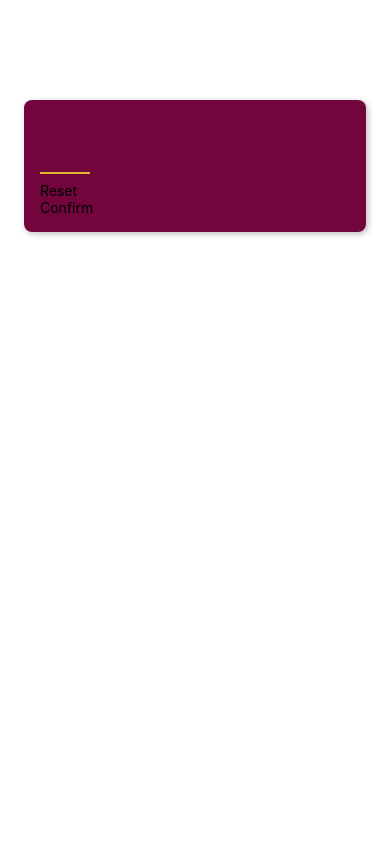
Repository: cobalt88/miniGameApp
Screen: /
The author's editor kept a copy of each file at every save. The screen is drawn from the files as they stood at one save, then again after the next save.
The app was drawn by React Native's web renderer in a window 390 px wide. The project was rebuilt for these pictures with package versions that can differ from the ones it lists, and the page was loaded fresh each time.

Above is the screen before, as saved 2023-02-02 16:35:09.

### App.js
import { StatusBar } from "expo-status-bar";
import { StyleSheet, Text, View } from "react-native";
import StartGameScreen from "./screens/StartGameScreen";

export default function App() {
  return <StartGameScreen />;
}

const styles = StyleSheet.create({});

### screens/StartGameScreen.js
import { View, TextInput, StyleSheet } from "react-native";
import PrimaryButton from "../components/PrimaryButton";

function StartGameScreen() {
  return (
    <View style={styles.inputContainer}>
      <TextInput
        style={styles.numberInput}
        maxLength={2}
        keyboardType="number-pad"
        autoCapitalize="none"
        autoCorrect={false}
      />
      <PrimaryButton>Reset</PrimaryButton>
      <PrimaryButton>Confirm</PrimaryButton>
    </View>
  );
}

export default StartGameScreen;

const styles = StyleSheet.create({
  inputContainer: {
    marginHorizontal: 24,
    borderRadius: 8,
    padding: 16,
    marginTop: 100,
    backgroundColor: "#72063c",
    elevation: 8,
    shadowColor: "black",
    shadowOffset: { width: 2, height: 2 },
    shadowOpacity: 0.25,
    shadowRadius: 6,
  },
  numberInput: {
    height: 50,
    fontSize: 32,
    borderBottomColor: "#ddb52f",
    borderBottomWidth: 2,
    color: "#ddb52f",
    textAlign: "center",
    marginVertical: 8,
    fontWeight: "bold",
    maxWidth: 50,
  },
});

### components/PrimaryButton.js
import { View, Text, Pressable, StyleSheet } from "react-native";

function PrimaryButton({ children }) {
  function pressHandler() {
    console.log("pressed the main button");
  }
  return (
    <Pressable onPress={pressHandler}>
      <View>
        <Text>{children}</Text>
      </View>
    </Pressable>
  );
}

export default PrimaryButton;

const styles = StyleSheet.create({
  button: {
    backgroundColor: "#4r0329",
    paddingVertical: 8,
    paddingHorizontal: 16,
    borderRadius: 28,
    elevation: 8,
    shadowColor: "black",
    shadowOffset: { width: 2, height: 2 },
    shadowOpacity: 0.25,
    shadowRadius: 6,
  },
});

After the next save:
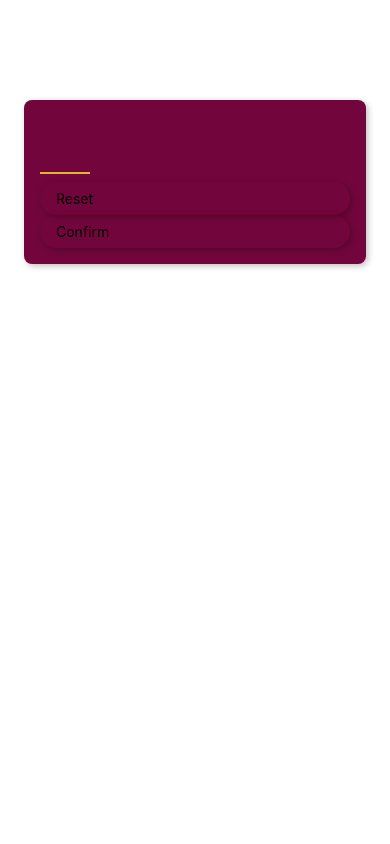
Saved 37 s later.
--- a/components/PrimaryButton.js
+++ b/components/PrimaryButton.js
@@ -6,7 +6,7 @@ function PrimaryButton({ children }) {
   }
   return (
     <Pressable onPress={pressHandler}>
-      <View>
+      <View style={styles.buttonContainer}>
         <Text>{children}</Text>
       </View>
     </Pressable>
@@ -16,7 +16,7 @@ function PrimaryButton({ children }) {
 export default PrimaryButton;
 
 const styles = StyleSheet.create({
-  button: {
+  buttonContainer: {
     backgroundColor: "#4r0329",
     paddingVertical: 8,
     paddingHorizontal: 16,
